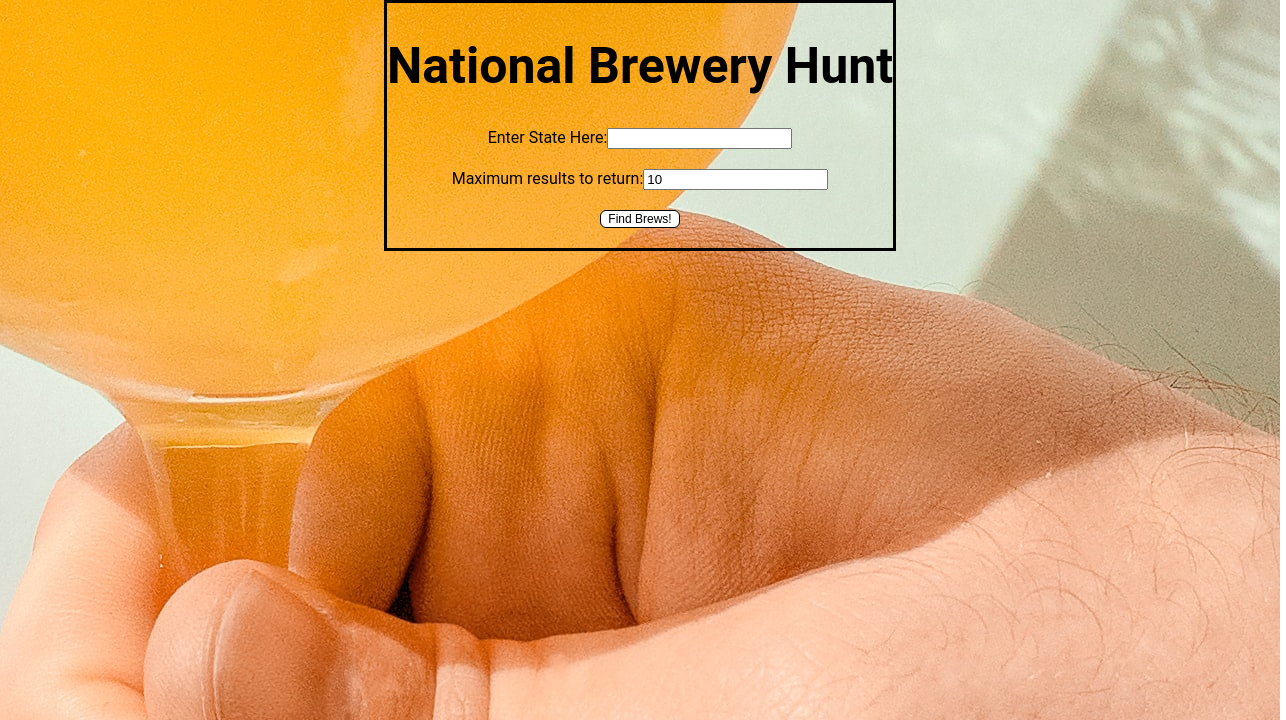
Repository: kaitlynMidori/searchBrews
Page: index.html
The author's editor kept a copy of each file at every save. The page is drawn from the files as they stood at one save, then again after the next save.
The browser window is 1280 px wide. The page is 1280 px wide, then 1286 px, so the pictures cover 1286 px, including what lies to the right of the window. The pictures show the whole page.

Above is the page before, as saved 2021-04-24 12:18:05.

### index.html
<!DOCTYPE html>
<html lang="en">

<head>
    <meta charset="UTF-8" />
    <meta name="viewport" content="width=device-width, initial-scale=1.0" />
    <meta http-equiv="X-UA-Compatible" content="ie=edge" />
    <title>National Brewery Hunt</title>
    <link rel="stylesheet" href="style.css" />
</head>

<body>
    <div id="container">
        <h1>National Brewery Hunt</h1>

        <form id="search-form">
            <p>
                <label for="by_state">Enter State Here:</label>
                    <input type="text" name="by_state" id="by_state" required />
            </p>

            <p>
                <label for="max-results">Maximum results to return: </label>
                    <input type="number" name="max-results" id="max-results" value="10" />
            </p>

            <p>
                <input type="submit" value="Find Brews!" class="submit" />
            </p>
        </form>

        <p id="error-message"></p>

        <section id="results" class="hidden">
            <h2>Search results</h2>
            <ol id="results-list"></ol>
        </section>
    </div>
    <script src="https://code.jquery.com/jquery-3.3.1.js" integrity="sha256-2Kok7MbOyxpgUVvAk/HJ2jigOSYS2auK4Pfzbm7uH60=" crossorigin="anonymous"></script>
    <script src="app.js"></script>
</body>

</html>
<!-- This app doesn't follow a11y best practices, and the JS file is incomplete. Complete the getBreweries, displayResults, and watchSubmit functions. When you're done, this app should allow a user to search for a state, and display a list of breweries in that state. The list should include the brewery's name and a link to their website. You should make requests to this API: https://www.openbrewerydb.org/ . Make any necessary adjustments to make this app accessible. -->

### style.css

body {
    font-family: "Roboto", sans-serif;
    color: black;
    margin: auto;
    background: cover;
    background: url("screenshots/beer.jpg") no-repeat center center fixed;
    width: fit-content;

    border: solid;
}

.hidden {
    display: none;
}

h1  {
    text-align: center;
    font-size: 50px;
}

h2 {
    text-align: center;
}

/* .search-form {
    text-align: center;
    display: flex;
    flex-direction: column;
    width: auto;
    border: 1px solid black;
    padding: 30px;
    margin-left: 100px;
    margin-right: 100px;
    margin-bottom: 50px;
    border-radius: 8px;
} */

legend {
    text-align: center;
}

form p {
    margin: 5px;
    display: flex;
    width: auto;
    justify-content: center;
    margin: 20px 0 20px 0;
}

/* .results-list {
    margin: auto;
    width: 50px;
    height: 25px;
    padding: 0px;
    text-align: left;
    margin-bottom: 10px;
    margin-top: 10px;
    border-radius: 6px;
} */



.submit {
    border: 1px solid black;
    background-color: white;
    justify-content: center;
    margin-left: auto;
    margin-right: auto;
    width: 80px;
    height: 18px;
    border-radius: 6px;
    padding: 1px;
    font-size: 12px;
}

.submit:hover {
    cursor: pointer;
}

/* .results-amount:hover {
    cursor: text;
} */


/*Results Styling*/

/* .results-display-container {
    margin: auto;
} */

/* .single-result {
    border: 1px solid rgb(177, 175, 175);
    margin: auto;
    border-radius: 8px;
    box-shadow: -1px 2px rgb(209, 209, 209);
    padding: 15px;
    width: 1000px;
    margin-bottom: 15px;
} */

### app.js
"use strict";

const searchURL = ("https://api.openbrewerydb.org/breweries");

 //format query params
function formatQueryParams(params) {
    //return object array with params
   const queryItems = Object.keys(params)
   //produce object map param string key
     .map(key => `${key}=${params[key]}`)
     //return array as string
   return queryItems.join('&');
 }

function displayResults(responseJson, maxResults) {

    // if there are previous results, remove them
    console.log(responseJson);
    $("#results-list").empty();

    // iterate through the data array
    // list brewery name, city, url
    for (let i = 0; i < responseJson.length; i++) {
    $("#results-list").append(`<li class="each-product-result">

    <h3 class="product-name">${responseJson[i].name}</h3>
    <p class="product-price">${responseJson[i].city}</p>
    <p>Brewery page: <a href=${responseJson[i].website_url}>${responseJson[i].website_url}</a></p><br>
    <br>
    </li>`
      )
  };
    //display the results section
    $("#results").removeClass("hidden");
}

//getBreweries function
function getBreweries(query, maxResults) {
    //set API paramaters
    const params = {
        by_state: query,
        per_page: maxResults,
    };
    //declare queryString as formatQueryParams
    const queryString = formatQueryParams(params);
    //declare url to bind user input string to searchUrl
    const url = searchURL + "?" + queryString;
    console.log(url);
    //initiate fetch request using pure promise to get JSON object
    fetch(url)
    //check for resolved promise
        .then((response) => {
            // if response = true
            if (response.ok) {
                //return response object
                return response.json();
            }
            //raise exception to reject promise error and trigger .catch
            throw new Error(response.statusText);
        })
        .then((responseJson) => displayResults(responseJson, maxResults))
        //Catch any errors and return message
        .catch((err) => {
            $("#error-message").text(`Something went wrong: ${err.message}`);
        });
}

function watchForm() {
    // Bind an event handler to the “submit” JavaScript event
    $("form").submit((event) => {
        // If this method is called, the default action of the event will not be triggered.
        event.preventDefault();
        let by_state = $("#by_state").val();
	// by_state = by_state.replace(/\s/g, '');
        const maxResults = $("#max-results").val();
        getBreweries(by_state, maxResults);
    });
}

//call jQuery to pass in callback function when page loads
$(watchForm);

After the next save:
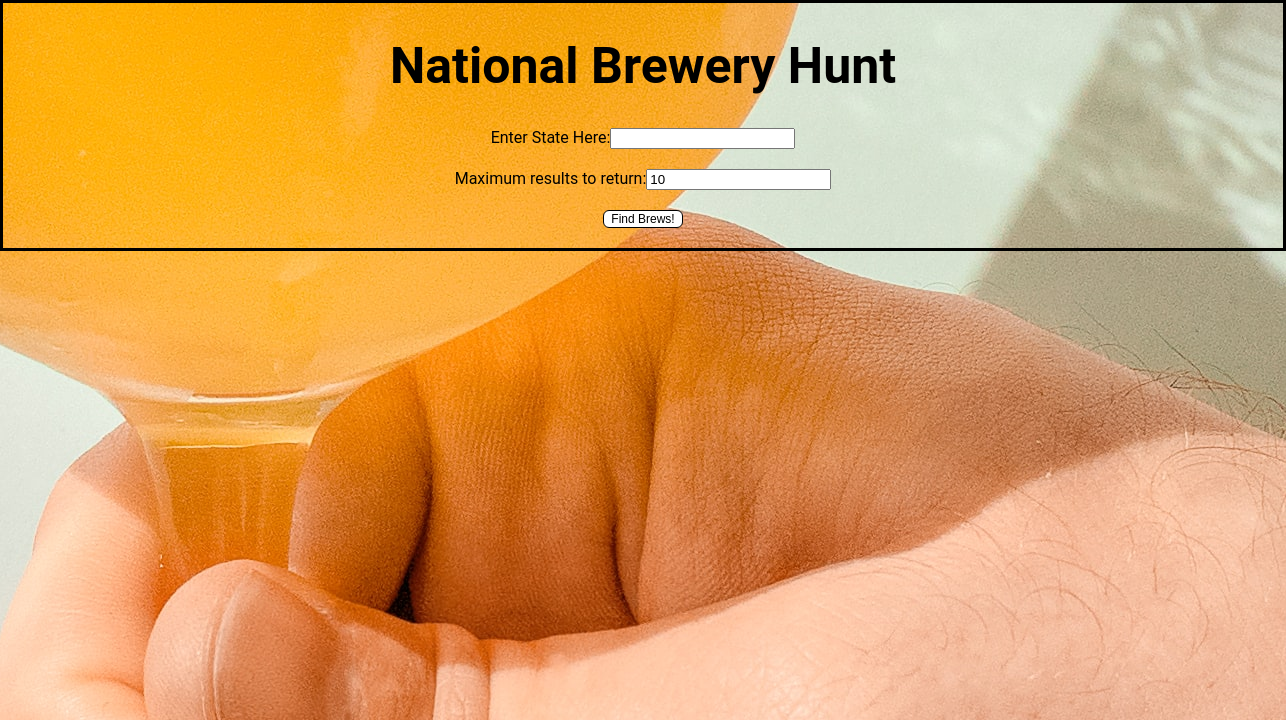
Saved 9 s later.
--- a/style.css
+++ b/style.css
@@ -5,7 +5,7 @@ body {
     margin: auto;
     background: cover;
     background: url("screenshots/beer.jpg") no-repeat center center fixed;
-    width: fit-content;
+    width: 100%;
 
     border: solid;
 }
